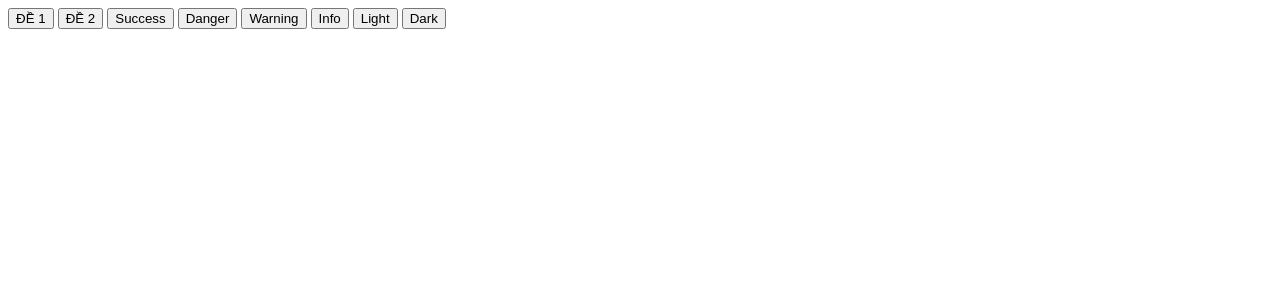
Repository: tunguyenhy222/tunguyenhy222
Page: index.html
The author's editor kept a copy of each file at every save. The page is drawn from the files as they stood at one save, then again after a run of saves.
The browser window is 1280 px wide. The pictures show the whole page.

Above is the page before, as saved 2021-08-12 20:53:18.

After the next 12 saves:
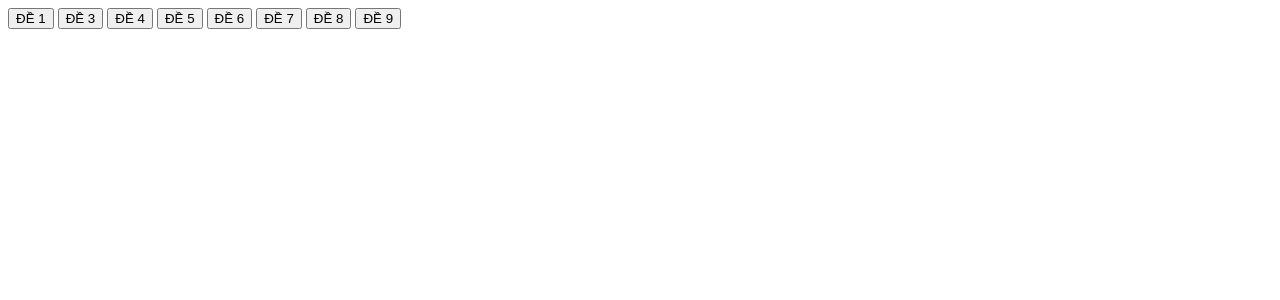
The 12 saves are shown as one change because they came seconds apart.
The last was saved 25 s later.
--- a/index.html
+++ b/index.html
@@ -8,12 +8,12 @@
 </head>
 <body>
 <button type="button" class="btn btn-outline-primary">ĐỀ 1</button>
-<button type="button" class="btn btn-outline-secondary">ĐỀ 2</button>
-<button type="button" class="btn btn-outline-success">Success</button>
-<button type="button" class="btn btn-outline-danger">Danger</button>
-<button type="button" class="btn btn-outline-warning">Warning</button>
-<button type="button" class="btn btn-outline-info">Info</button>
-<button type="button" class="btn btn-outline-light">Light</button>
-<button type="button" class="btn btn-outline-dark">Dark</button>
+<button type="button" class="btn btn-outline-secondary">ĐỀ 3</button>
+<button type="button" class="btn btn-outline-success">ĐỀ 4</button>
+<button type="button" class="btn btn-outline-danger">ĐỀ 5</button>
+<button type="button" class="btn btn-outline-warning">ĐỀ 6</button>
+<button type="button" class="btn btn-outline-info">ĐỀ 7</button>
+<button type="button" class="btn btn-outline-light">ĐỀ 8</button>
+<button type="button" class="btn btn-outline-dark">ĐỀ 9</button>
 </body>
 </html>
